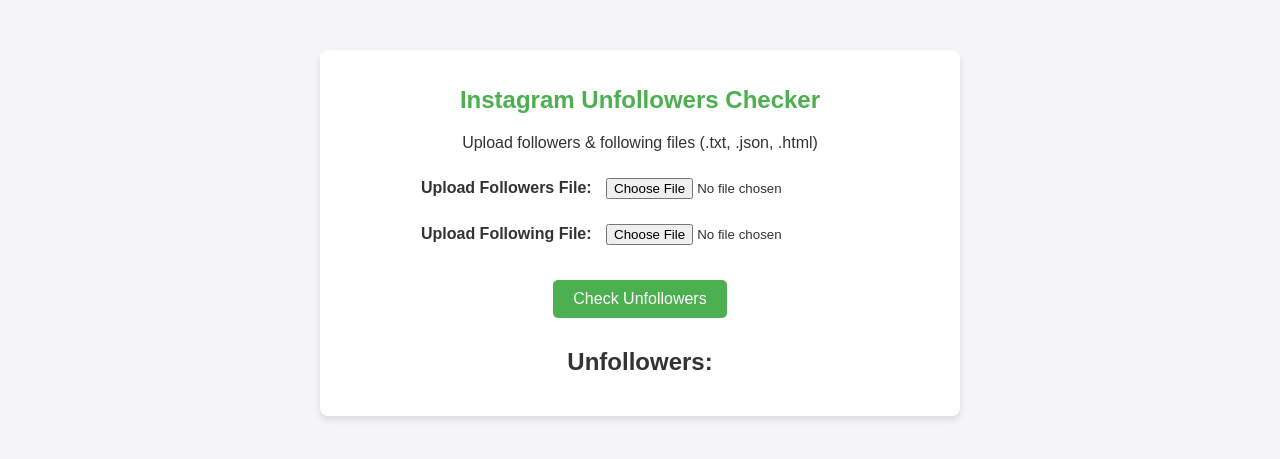
Repository: GiraldoNainggolan/IUC
Page: index.html
These files come from the project's save history. The page is drawn as it stood at one moment and after the next save; the edit follows.
The browser window is 1280 px wide. The pictures show the whole page.

Above is the page before, as saved 2025-02-04 15:58:16.

After the next save:
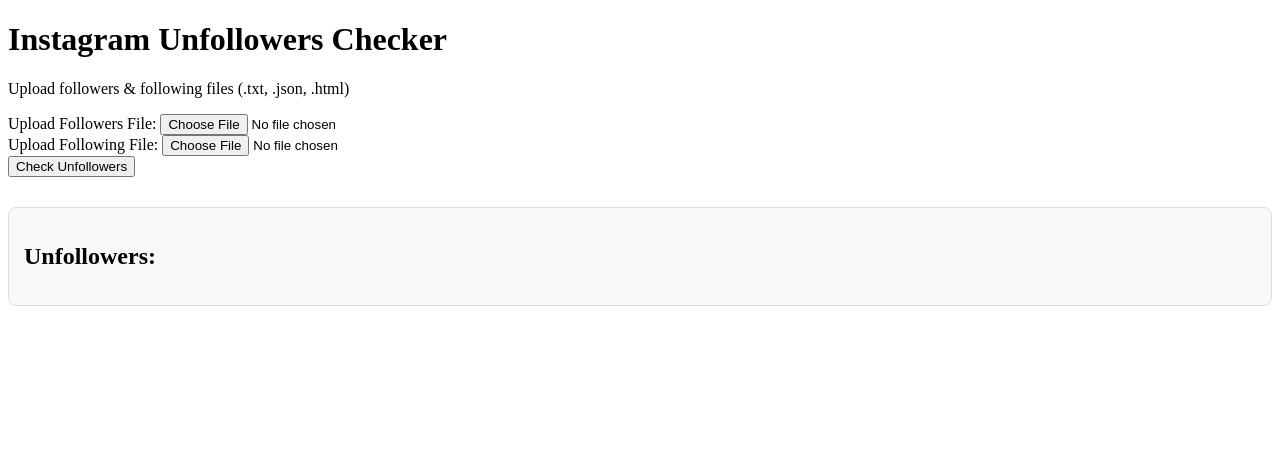
Saved 17 s later.
--- a/style.css
+++ b/style.css
@@ -1,82 +1,34 @@
-body {
-    font-family: Arial, sans-serif;
-    background-color: #f4f4f9;
-    color: #333;
+/* Tambahkan ini ke CSS Anda */
+
+.result {
+    margin-top: 30px;
+    text-align: left;
+    max-height: 300px; /* Atur tinggi maksimal container */
+    overflow-y: auto; /* Tambahkan scroll jika konten melebihi tinggi */
+    border: 1px solid #ddd; /* Tambahkan border untuk kejelasan */
+    border-radius: 8px;
+    padding: 15px;
+    background: #f9f9f9;
+}
+
+ul#unfollowersList {
     margin: 0;
     padding: 0;
 }
 
-.container {
-    max-width: 600px;
-    margin: 50px auto;
+ul#unfollowersList li {
     background: #fff;
-    padding: 20px;
-    box-shadow: 0 4px 6px rgba(0, 0, 0, 0.1);
-    border-radius: 8px;
-    text-align: center;
+    margin: 10px 0;
+    padding: 12px;
+    border: 1px solid #eee;
+    border-radius: 5px;
+    color: #555;
+    word-wrap: break-word; /* Memastikan teks panjang tidak overflow */
+    overflow-wrap: break-word; /* Memastikan teks panjang tidak overflow */
 }
 
-h1 {
-    font-size: 24px;
-    margin-bottom: 20px;
-    color: #4CAF50;
-}
-
-.upload-section {
-    margin: 15px 0;
-}
-
-label {
-    font-weight: bold;
-    margin-right: 10px;
-}
-
-input[type="file"] {
-    margin-top: 10px;
-}
-
-button {
-    margin-top: 20px;
-    padding: 10px 20px;
-    font-size: 16px;
-    background: #4CAF50;
-    color: white;
-    border: none;
-    border-radius: 5px;
+/* Jika ingin menambahkan hover effect pada list item */
+ul#unfollowersList li:hover {
+    background: #f1f1f1;
     cursor: pointer;
 }
-
-button:hover {
-    background: #45a049;
-}
-
-.result {
-    margin-top: 30px;
-}
-
-ul {
-    list-style: none;
-    padding: 0;
-}
-
-ul li {
-    background: #f9f9f9;
-    margin: 5px 0;
-    padding: 10px;
-    border: 1px solid #ddd;
-    border-radius: 4px;
-}
-
-document.getElementById('checkUnfollowers').addEventListener('click', function () {
-    // Contoh data unfollower (ganti dengan data asli dari file yang diupload)
-    const unfollowers = ['user1', 'user2_with_a_very_long_username', 'user3', 'user4', 'user5'];
-
-    const unfollowersList = document.getElementById('unfollowersList');
-    unfollowersList.innerHTML = ''; // Kosongkan list sebelum menambahkan data baru
-
-    unfollowers.forEach(user => {
-        const li = document.createElement('li');
-        li.textContent = user;
-        unfollowersList.appendChild(li);
-    });
-});

After the save that followed:
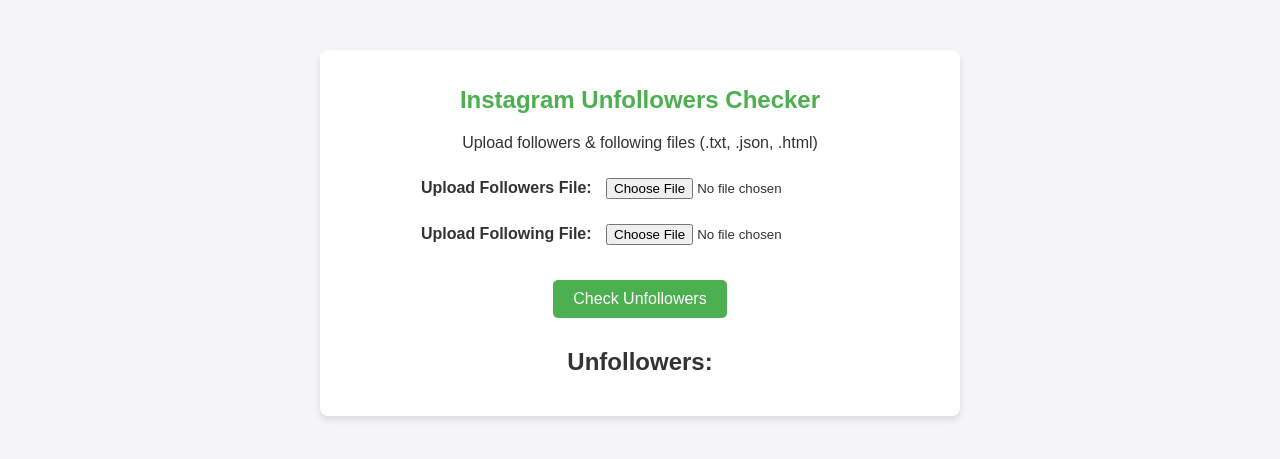
Saved 4 s later.
--- a/style.css
+++ b/style.css
@@ -1,34 +1,68 @@
-/* Tambahkan ini ke CSS Anda */
-
-.result {
-    margin-top: 30px;
-    text-align: left;
-    max-height: 300px; /* Atur tinggi maksimal container */
-    overflow-y: auto; /* Tambahkan scroll jika konten melebihi tinggi */
-    border: 1px solid #ddd; /* Tambahkan border untuk kejelasan */
-    border-radius: 8px;
-    padding: 15px;
-    background: #f9f9f9;
-}
-
-ul#unfollowersList {
+body {
+    font-family: Arial, sans-serif;
+    background-color: #f4f4f9;
+    color: #333;
     margin: 0;
     padding: 0;
 }
 
-ul#unfollowersList li {
+.container {
+    max-width: 600px;
+    margin: 50px auto;
     background: #fff;
-    margin: 10px 0;
-    padding: 12px;
-    border: 1px solid #eee;
-    border-radius: 5px;
-    color: #555;
-    word-wrap: break-word; /* Memastikan teks panjang tidak overflow */
-    overflow-wrap: break-word; /* Memastikan teks panjang tidak overflow */
+    padding: 20px;
+    box-shadow: 0 4px 6px rgba(0, 0, 0, 0.1);
+    border-radius: 8px;
+    text-align: center;
 }
 
-/* Jika ingin menambahkan hover effect pada list item */
-ul#unfollowersList li:hover {
-    background: #f1f1f1;
+h1 {
+    font-size: 24px;
+    margin-bottom: 20px;
+    color: #4CAF50;
+}
+
+.upload-section {
+    margin: 15px 0;
+}
+
+label {
+    font-weight: bold;
+    margin-right: 10px;
+}
+
+input[type="file"] {
+    margin-top: 10px;
+}
+
+button {
+    margin-top: 20px;
+    padding: 10px 20px;
+    font-size: 16px;
+    background: #4CAF50;
+    color: white;
+    border: none;
+    border-radius: 5px;
     cursor: pointer;
 }
+
+button:hover {
+    background: #45a049;
+}
+
+.result {
+    margin-top: 30px;
+}
+
+ul {
+    list-style: none;
+    padding: 0;
+}
+
+ul li {
+    background: #f9f9f9;
+    margin: 5px 0;
+    padding: 10px;
+    border: 1px solid #ddd;
+    border-radius: 4px;
+}
